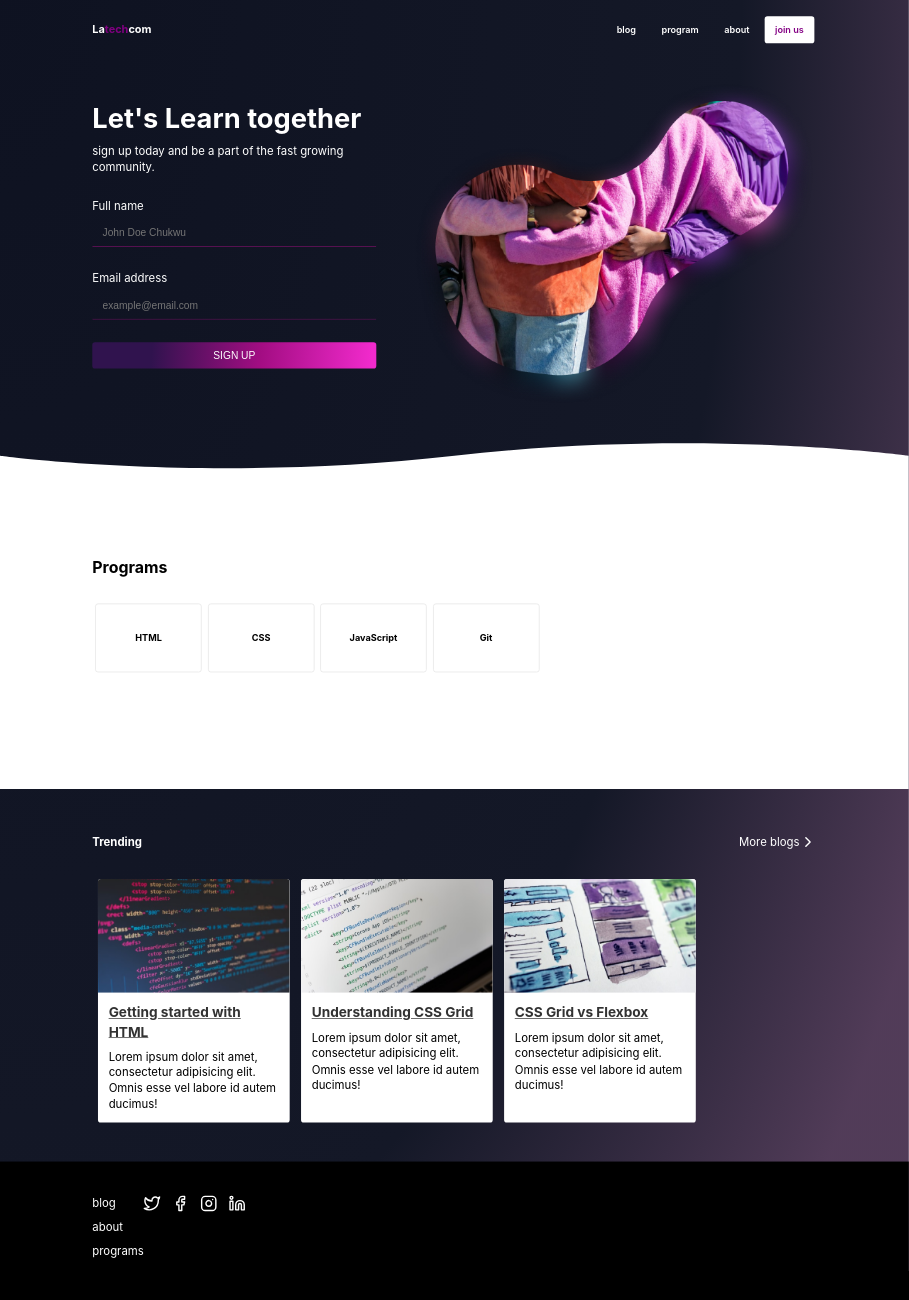
Repository: giprim/community
Page: /
An editor plug-in stored every save of this project. The page is shown before and after the next save, followed by the edit.
The browser window is 1280 px wide. The pictures show the whole page, at 71% of full size.
The project was rebuilt for these pictures with package versions that can differ from the ones it lists, and the page was loaded fresh each time. Also part of the build but not shown: src/App.css.

Above is the page before, as saved 2020-10-25 23:28:13.

### src/index.css
* {
  padding: 0;
  margin: 0;
  box-sizing: border-box;
  line-height: 140%;
}

html {
  scroll-behavior: smooth;
}

body {
  font-family: -apple-system, BlinkMacSystemFont, "Segoe UI", "Roboto", "Oxygen",
    "Ubuntu", "Cantarell", "Fira Sans", "Droid Sans", "Helvetica Neue",
    sans-serif;
  -webkit-font-smoothing: antialiased;
  -moz-osx-font-smoothing: grayscale;

  background: radial-gradient(
      115.04% 150.55% at 0% -2.74%,
      #0e1221 0%,
      #141827 70.94%,
      #1d0126c4 100%
    )
    no-repeat;

  height: 100%;
}

code {
  font-family: source-code-pro, Menlo, Monaco, Consolas, "Courier New",
    monospace;
}

### src/App.tsx
import styled from '@emotion/styled';
import React from 'react';
import './App.css';
import Banner from './components/Banner';
import BlogCard from './components/BlogCard';
import Navbar from './components/Navbar';
import Programs from './components/Programs';
import whiteBg from './images/whitebg.svg';

import startHtml from './images/starthtml.png';
import cssgrid from './images/cssgrid.png';
import flexbox from './images/flexbox.png';
import { Link } from 'react-router-dom';
import { ChevronRight } from 'react-feather';
import Footer from './components/Footer';

let text = `Lorem ipsum dolor sit amet, consectetur adipisicing elit. Omnis esse vel labore id autem ducimus!`;

let data = [
  {
    title: 'Getting started with HTML',
    image: startHtml,
    text: text,
  },
  {
    title: 'Understanding CSS Grid',
    image: cssgrid,
    text: text,
  },
  {
    title: 'CSS Grid vs Flexbox',
    image: flexbox,
    text: text,
  },
];

function App() {
  return (
    <StyledFluidContainer>
      <StyledContainer>
        <Navbar />
        <Banner />
      </StyledContainer>
      <div className='whitebg'>
        <StyledContainer id='program'>
          <Programs />
        </StyledContainer>
      </div>

      <StyledContainer>
        <StyledTrending>
          <h4>Trending</h4>

          <Link to='/blog'>
            <span>More blogs</span> <ChevronRight />
          </Link>
        </StyledTrending>
        <StyledBlogGrid>
          {data.map(({ title, image, text }) => (
            <BlogCard key={title} image={image} clue={text} title={title} />
          ))}
        </StyledBlogGrid>
      </StyledContainer>
      <Footer />
    </StyledFluidContainer>
  );
}

export default App;

export const StyledContainer = styled('div')<{ onPadding?: boolean }>`
  margin: 0 auto;
  max-width: 380px;
  padding: ${({ onPadding }) => (onPadding ? '0px' : '15px')};
  @media (min-width: 700px) {
    max-width: 520px;
  }
  @media (min-width: 1000px) {
    max-width: 1050px;
  }
`;

const StyledFluidContainer = styled('div')`
  width: 100%;

  .whitebg {
    background: url(${whiteBg}) no-repeat;
    background-size: cover;
    padding: 9em 0;
  }
`;

const StyledBlogGrid = styled('div')`
  padding: 2em 0em;
  overflow-x: auto;
  display: flex;
  flex-direction: row;
`;

const StyledTrending = styled('div')`
  padding-top: 3em;
  display: flex;
  justify-content: space-between;
  align-items: center;
  * {
    color: #fff;
  }

  a {
    display: flex;
    align-items: center;
    text-decoration: none;
    :hover {
      text-decoration: underline;
    }
  }
`;

### src/components/Banner.tsx
import React, { useEffect, useState } from "react";
import styled from "@emotion/styled";
import desktopImg from "../images/desktopBanner.png";
import mobileImg from "../images/bannerMobile.png";
import { StyledContainer } from "../App";
const Banner: React.FC = () => {
  const [mobile, setmobile] = useState(false);
  useEffect(() => {
    windowWidth();
  }, []);
  let windowWidth = () => {
    let win = window.innerWidth;
    if (win < 768) setmobile(true);
    else setmobile(false);
  };
  window.addEventListener("resize", windowWidth);

  return (
    <StyledBanner>
      <div className='caption'>
        <h2>Let's Learn together</h2>
        <p>sign up today and be a part of the fast growing community.</p>

        <form>
          <div className='inputbox'>
            <label htmlFor='fullname'>Full name</label>
            <input
              required
              id='fullname'
              type='text'
              placeholder='John Doe Chukwu'
            />
          </div>
          <div className='inputbox'>
            <label htmlFor='email'>Email address</label>
            <input
              required
              id='email'
              type='email'
              placeholder='example@email.com'
            />
          </div>
          <div className='inputbox'>
            <input type='submit' value='SIGN UP' />
          </div>
        </form>
      </div>

      <div>
        {mobile ? (
          <img src={mobileImg} alt='imagemobile' />
        ) : (
          <img src={desktopImg} alt='imagedesktop' />
        )}
      </div>
    </StyledBanner>
  );
};

export default Banner;

const StyledBanner = styled("div")`
  display: flex;
  justify-content: space-between;
  align-items: center;
  color: white;
  flex-wrap: wrap-reverse;
  padding-top: 2em;
  padding-bottom: 2em;

  h2 {
    font-size: 2em;
    margin-bottom: 0.2em;
  }
  p {
    max-width: 400px;
  }

  img {
    width: 100%;
    position: relative;
    left: 0;
    right: 0;
    /* margin-left: -15px; */
  }

  .caption {
    max-width: 400px;
  }

  .inputbox {
    margin: 2rem auto;

    label,
    input {
      display: block;
      width: 100%;
    }

    input {
      padding: 0.6em 1em;
      background: none;
      border: none;
      border-bottom: 1px #a30d83 solid;
      color: #fff;
      margin-top: 0.6em;
      margin-bottom: 0.3em;
      font-size: 0.9rem;
      transition: 0.073s ease-in;
      border-radius: 4px 4px 0 0;
      :hover,
      :focus {
        background: #ffffff13;
        border: none;
        border-radius: 4px;
      }
    }
  }
  input[type="submit"] {
    background: linear-gradient(
      93.1deg,
      #30134e 21%,
      #a30d83 59.35%,
      #f12acc 98.27%
    );
    border-radius: 4px;
    transition: 0.273s ease-in;
    border: none;
    :hover {
      background: #30134e;
    }
  }

  @media (min-width: 768px) {
    h2 {
      font-size: 2.4em;
    }
    .caption {
      padding: 0;
    }

    img {
      width: 100%;
    }
  }
`;

### src/components/BlogCard.tsx
import React from "react";
import styled from "@emotion/styled";

interface IBlogCard {
  image: any;
  title: string;
  clue: string;
}

const BlogCard: React.FC<IBlogCard> = ({ image, title, clue }) => {
  return (
    <StyledCard>
      <img src={image} alt={title} />
      <div>
        <h4>{title}</h4>
        <p>{clue}</p>
      </div>
    </StyledCard>
  );
};

export default BlogCard;

const StyledCard = styled("div")`
  width: 100%;
  display: inline-block;
  overflow: hidden;
  background: white;
  border-radius: 4px;
  padding-bottom: 15px;
  margin: 0.5em;
  flex-basis: 270px;
  flex-shrink: 0;
  img {
    width: 100%;
    height: 160px;
    object-fit: cover;
    object-position: center;
  }
  div {
    padding: 0 15px;
    h4 {
      font-size: 1.2rem;
      color: #323232;
      padding: 10px 0;
      text-decoration: underline;
    }
  }
`;

### src/components/Navbar.tsx
import React, { useState } from "react";
import styled from "@emotion/styled";
import { NavLink } from "react-router-dom";
import { HashLink } from "react-router-hash-link";
import { Menu } from "react-feather";

const Navbar = () => {
  const [visible, setVisible] = useState(false);
  return (
    <StyledNav>
      <NavLink to='/'>
        <Logo>
          La<span>tech</span>com
        </Logo>
      </NavLink>

      <MenuButton onClick={() => setVisible((prev) => !prev)}>
        <Menu />
      </MenuButton>
      <LinkSection show={visible}>
        <li>
          <NavLink to='/blog'>blog</NavLink>
        </li>
        <li>
          <HashLink to='/#program'>program</HashLink>
        </li>
        <li>
          <NavLink to='/about'>about</NavLink>
        </li>
        <li>
          <NavLink to='/signup'>join us</NavLink>
        </li>
      </LinkSection>
    </StyledNav>
  );
};

export default Navbar;

const StyledNav = styled("div")`
  font-size: 0.8rem;
  display: flex;
  flex-wrap: wrap;
  justify-content: space-between;
  margin-bottom: 1rem;
  vertical-align: middle;
  div {
    height: 100%;
  }
  a {
    text-decoration: none;
  }
`;

const Logo = styled("h3")`
  font-size: 1.2em;
  padding: 15px 0;
  color: white;
  span {
    color: purple;
  }
`;

const LinkSection = styled("ul")<any>`
  display: ${(props) => (props.show ? "block" : "none")};
  width: 100%;
  margin-top: 15px;
  transition: 0.23s linear;
  li {
    list-style: none;
    a {
      background: #840084;
      text-decoration: none;
      display: block;
      text-align: center;
      padding: 10px 5px;
      color: white;
      font-weight: 600;
      transition: 0.23s ease-out;
      :hover {
        background: #520052;
      }
    }
    :last-child {
      a {
        background: #ffffff;
        color: #840084;
        :hover {
          background: #ffffff99;
        }
      }
    }
  }
  @media (min-width: 834px) {
    display: inline-flex;
    width: auto;
    margin-top: 8px;
    li {
      a {
        background: #ffffff00;
        padding: 10px 15px;
        border-radius: 4px;
        margin: 0 3px;
        :hover {
          background: #840084;
        }
      }
    }
  }
`;

const MenuButton = styled("button")`
  display: none;
  border: none;
  border: 1px #ffffff55 solid;
  border-radius: 4px;
  background: #ffffff00;
  color: white;
  font-size: 1.1em;
  margin-top: 10px;
  padding: 5px 15px;
  line-height: 100%;
  transition: 0.23s ease-out;
  @media (max-width: 834px) {
    display: inline;
    :hover {
      background: #ffffffaa;
    }
  }
`;

### src/components/Programs.tsx
import React from "react";
import styled from "@emotion/styled";

const Programs: React.FC = () => {
  return (
    <StyledProgram>
      <h4>Programs</h4>

      <div className='flex'>
        <div>
          <h6>HTML</h6>
        </div>
        <div>
          <h6>CSS</h6>
        </div>
        <div>
          <h6>JavaScript</h6>
        </div>
        <div>
          <h6>Git</h6>
        </div>
      </div>
    </StyledProgram>
  );
};

export default Programs;

const StyledProgram = styled("div")`
  h4 {
    font-size: 1.4rem;
  }
  .flex {
    display: flex;
    flex-wrap: wrap;
    justify-content: safe;
    padding-top: 2em;
    div {
      font-size: 1.2rem;
      margin: 0.22em;
      width: 100%;
      max-width: 150px;
      display: flex;
      border: 1px #e5e5e5 solid;
      padding: 2em;
      border-radius: 4px;
      background: white;
      justify-content: center;
      align-items: center;
    }
  }
`;

### src/components/Footer.tsx
import styled from '@emotion/styled';
import React from 'react';
import { Facebook, Instagram, Linkedin, Twitter } from 'react-feather';
import { Link } from 'react-router-dom';
import { HashLink } from 'react-router-hash-link';
import { StyledContainer } from '../App';

const Footer = () => {
  return (
    <StyledFooter>
      <StyledContainer>
        <div className='flex'>
          <ul>
            <li>
              <Link to='/blog'>blog</Link>
            </li>
            <li>
              <Link to='/about'>about</Link>
            </li>
            <li>
              <HashLink to='/#program'>programs</HashLink>
            </li>
          </ul>

          <div className='socials'>
              <a href="#" target="_blank"><Twitter/></a>
              <a href="#" target="_blank"><Facebook/></a>
              <a href="#" target="_blank"><Instagram/></a>
              <a href="#" target="_blank"><Linkedin/></a>
          </div>
        </div>
      </StyledContainer>
    </StyledFooter>
  );
};

export default Footer;

const StyledFooter = styled('div')`
  background: black;
  padding: 2em 0;
  * {
    color: white;
  }

.flex{
    display: flex;
    justify-content: safe;
}
  ul {
    list-style: none;
    li {
      padding-bottom: 0.7rem;
    }
  }

  a {
    text-decoration: none;
    :hover {
      text-decoration: underline;
    }
  }

  .socials{
      a{
          margin-right: 1em;
      }
  }
`;

Loaded but not shown: public/index.html (common file); src/index.tsx (common file); src/reportWebVitals.ts (common file)

After the next save:
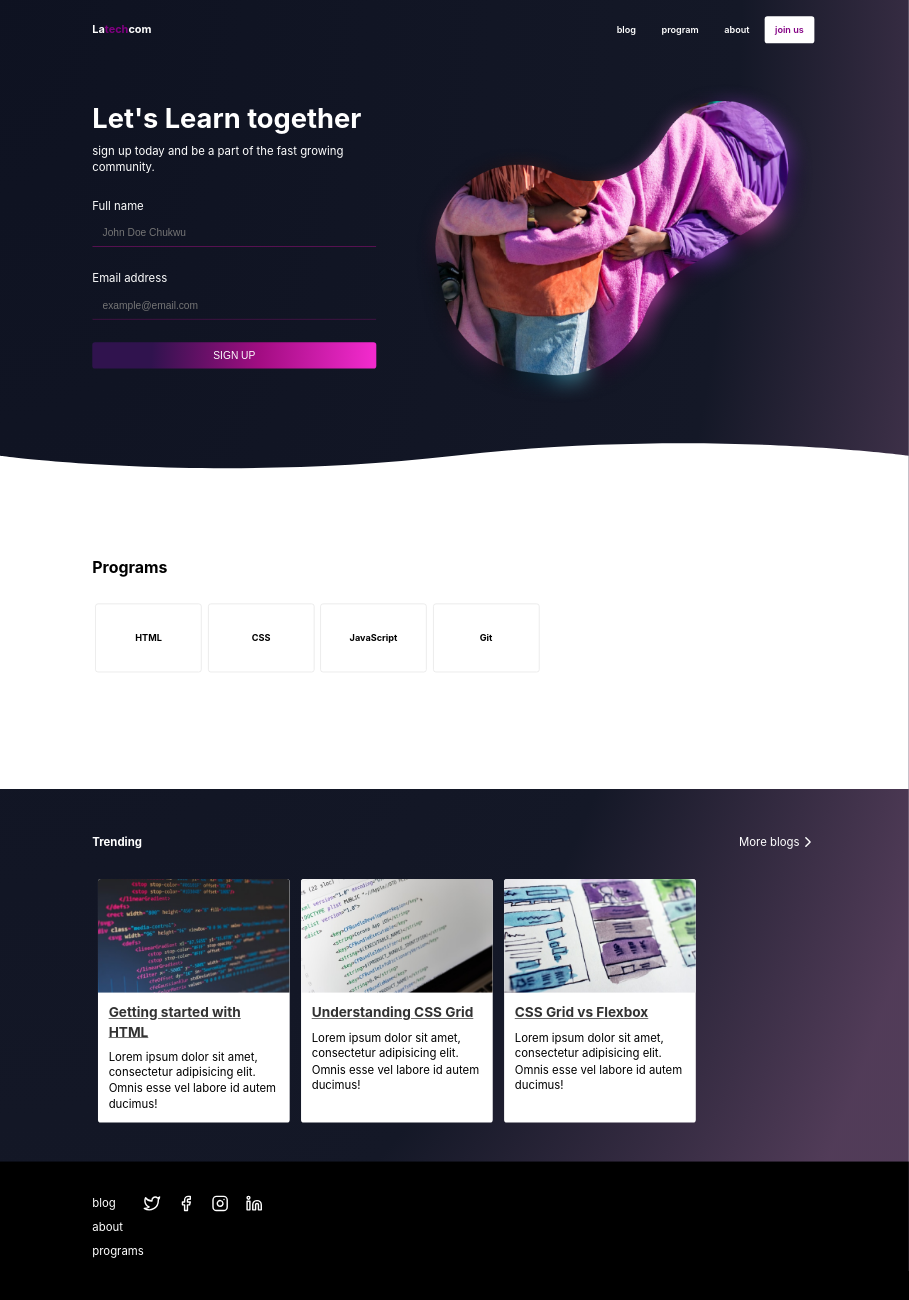
Saved 13 s later.
--- a/src/components/Footer.tsx
+++ b/src/components/Footer.tsx
@@ -63,7 +63,7 @@ const StyledFooter = styled('div')`
 
   .socials{
       a{
-          margin-right: 1em;
+          margin-right: 1.5em;
       }
   }
 `;
